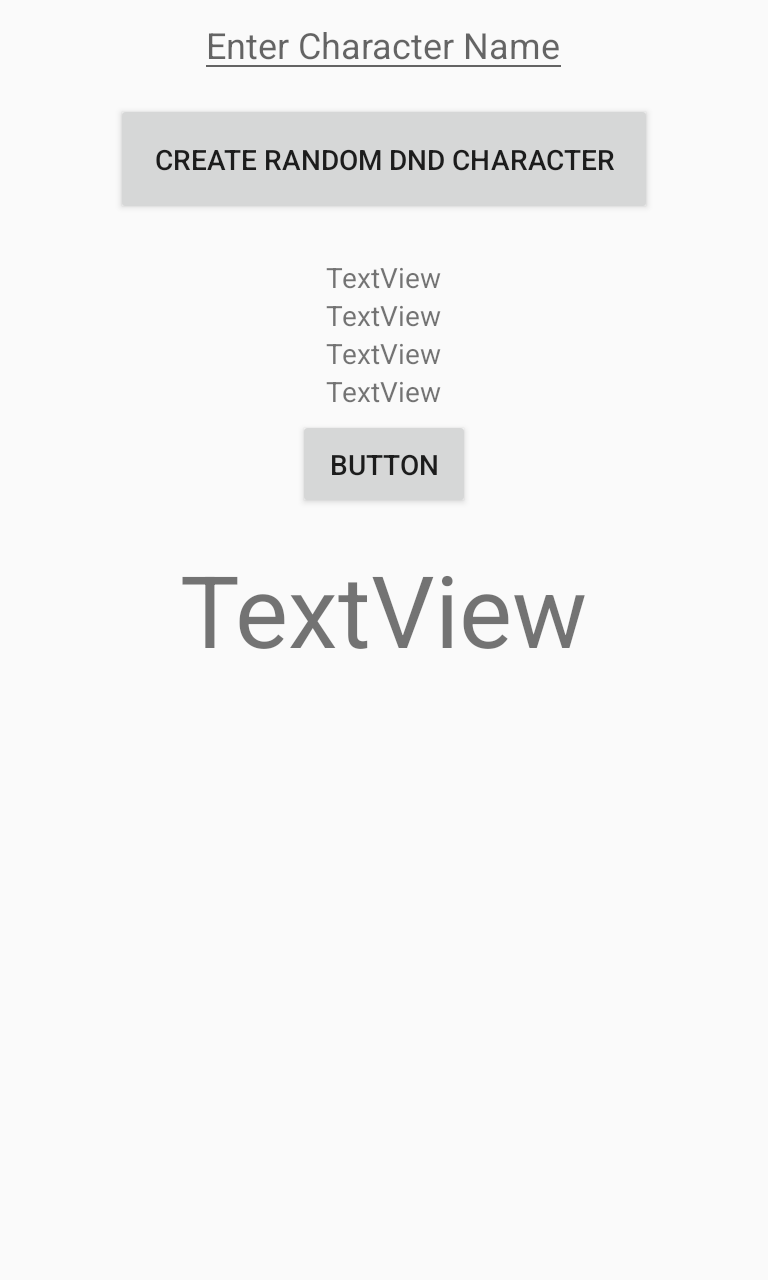
Repository: Vortelf/DnDAndroid
Layout: BuildApp/DnD/res/layout/activity_random_char.xml
The author's editor kept a copy of each file at every save. The layout is drawn from the files as they stood at one save, then again after the next save.
It is drawn on a 768 x 1280 px phone screen (xhdpi) without system bars, with theme AppTheme; the app's code is not run.

Above is the layout before, as saved 2014-11-09 01:50:55.

### BuildApp/DnD/res/layout/activity_random_char.xml
<RelativeLayout xmlns:android="http://schemas.android.com/apk/res/android"
    xmlns:tools="http://schemas.android.com/tools"
    android:id="@+id/Char"
    android:layout_width="match_parent"
    android:layout_height="match_parent"

    tools:context="vortelf.dnd.RandomCharActivity" >

<ScrollView
    android:layout_width="match_parent"
    android:layout_height="match_parent" >

	<RelativeLayout
	    android:id="@+id/RandomScroll"
	    android:layout_width="match_parent"
	    android:layout_height="match_parent"
	    android:orientation="vertical" >

	    <EditText
	        android:id="@+id/inputCharName"
	        android:layout_width="wrap_content"
	        android:layout_height="wrap_content"
	        android:layout_centerHorizontal="true"
	        android:gravity="center_horizontal"
	        android:hint="@string/inputCharName" />

	    <Button
	        android:id="@+id/RandomButton"
	        android:layout_width="wrap_content"
	        android:layout_height="wrap_content"
	        android:layout_alignParentTop="true"
	        android:layout_centerHorizontal="true"
	        android:layout_marginTop="50dp"
	        android:gravity="center_horizontal"
	        android:padding="20dp"
	        android:text="@string/random_button" />

	    <TextView
	        android:id="@+id/CharName"
	        android:layout_width="wrap_content"
	        android:layout_height="wrap_content"
	        android:layout_below="@+id/RandomButton"
	        android:layout_centerHorizontal="true"
	        android:layout_marginTop="20dp"
	        android:text="TextView" />

	    <TextView
	        android:id="@+id/CharStats"
	        android:layout_width="wrap_content"
	        android:layout_height="wrap_content"
	        android:layout_below="@+id/CharName"
	        android:layout_centerHorizontal="true"
	        android:text="TextView" />

	    <TextView
	        android:id="@+id/AbiMod"
	        android:layout_width="wrap_content"
	        android:layout_height="wrap_content"
	        android:layout_below="@+id/CharStats"
			android:layout_centerHorizontal="true"
	        android:text="TextView" />

	    <TextView
	        android:id="@+id/RaceNClass"
	        android:layout_width="wrap_content"
	        android:layout_height="wrap_content"
	        android:layout_below="@+id/AbiMod"
			android:layout_centerHorizontal="true"
	        android:text="TextView" />


	    <TextView
	        android:id="@+id/Roller"
	        android:layout_width="wrap_content"
	        android:layout_height="wrap_content"
	        android:layout_below="@+id/CharStats"
	        android:layout_centerHorizontal="true"
	        android:layout_marginTop="104dp"
	        android:text="TextView"
	        android:textSize="50sp" />



	    <Button
	        android:id="@+id/SwitchActivity"
	        android:layout_width="wrap_content"
	        android:layout_height="wrap_content"
	        android:layout_below="@+id/CharStats"
	        android:layout_centerHorizontal="true"
	        android:layout_marginTop="41dp"
	        android:text="Button" />

	</RelativeLayout>
</ScrollView>
</RelativeLayout>

### BuildApp/DnD/res/values/strings.xml
<?xml version="1.0" encoding="utf-8"?>
<resources>

    <string name="app_name">DnD</string>
    <string name="action_settings">About</string>
    <string name="random_button">Create Random DnD Character</string>
    <string name="inputCharName">Enter Character Name</string>
    <string name="title_activity_main">MainActivity</string>
    <string name="title_RandomSelection">Create Random Character</string>
    <string name="title_CustomSelection">Create Custom Character</string>
    <string name="title_DiceRollSelection">Dice Roller</string>
    <string name="navigation_drawer_open">Open navigation drawer</string>
    <string name="navigation_drawer_close">Close navigation drawer</string>
    <string name="action_example">Example action</string>
    <string name="title_activity_custom_char">CustomCharActivity</string>
    <string name="hello_world">Hello world!</string>
    <string name="title_activity_dice_roll">DiceRollActivity</string>
    <string name="extend">This is something that is supposed to be very long and extendive</string>
    <string name="title_section1">Selection 1</string>
    <string name="title_section2">Selection 2</string>
    <string name="title_section3">Selection 3</string>
    <string name="title_activity_about"></string>
    <string name="about_foot">Made for HackFMI 4</string>
    <string name="AppName">Dungeons and Dragons</string>

</resources>

Loaded but not shown: BuildApp/DnD/res/values/styles.xml (common file); BuildApp/DnD/res/values-v11/styles.xml (common file); BuildApp/DnD/res/values-v14/styles.xml (common file)

After the next save:
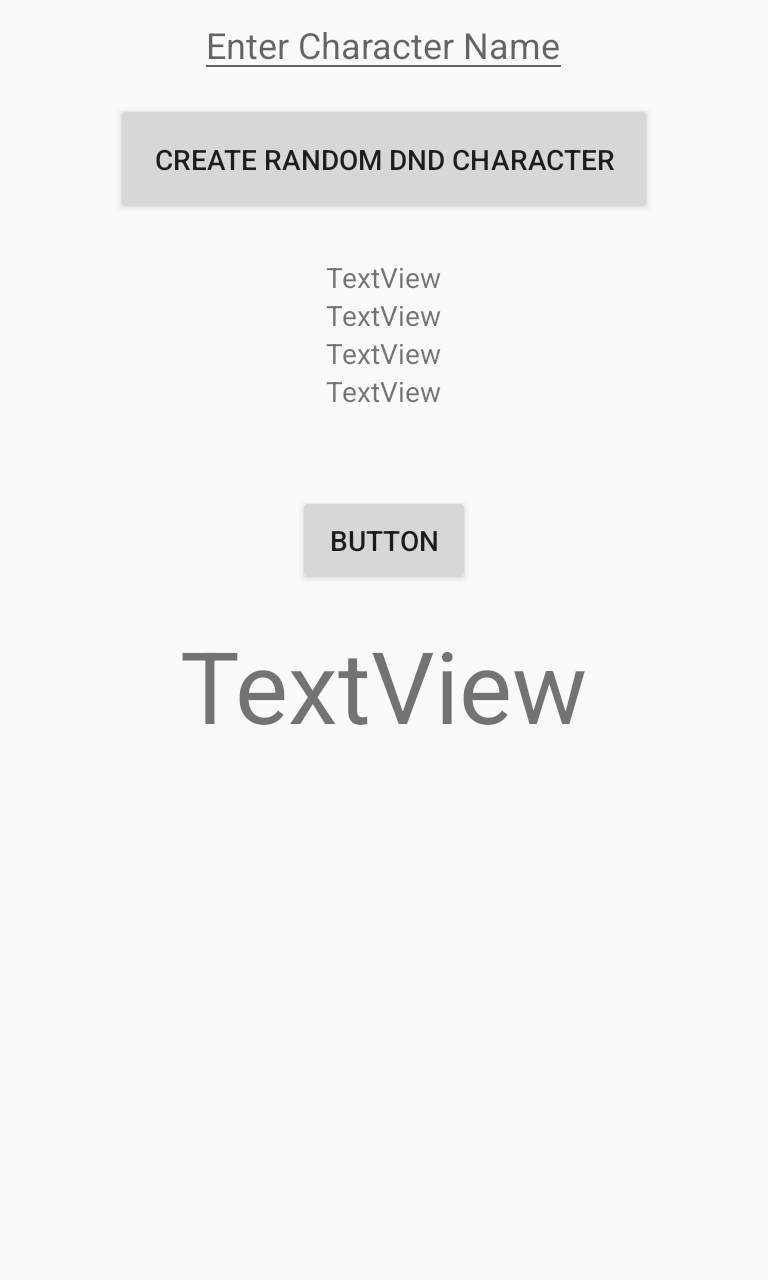
Saved 80 s later.
--- a/BuildApp/DnD/res/layout/activity_random_char.xml
+++ b/BuildApp/DnD/res/layout/activity_random_char.xml
@@ -73,7 +73,7 @@
 	        android:id="@+id/Roller"
 	        android:layout_width="wrap_content"
 	        android:layout_height="wrap_content"
-	        android:layout_below="@+id/CharStats"
+	        android:layout_below="@+id/RaceNClass"
 	        android:layout_centerHorizontal="true"
 	        android:layout_marginTop="104dp"
 	        android:text="TextView"
@@ -85,7 +85,7 @@
 	        android:id="@+id/SwitchActivity"
 	        android:layout_width="wrap_content"
 	        android:layout_height="wrap_content"
-	        android:layout_below="@+id/CharStats"
+	        android:layout_below="@+id/RaceNClass"
 	        android:layout_centerHorizontal="true"
 	        android:layout_marginTop="41dp"
 	        android:text="Button" />
